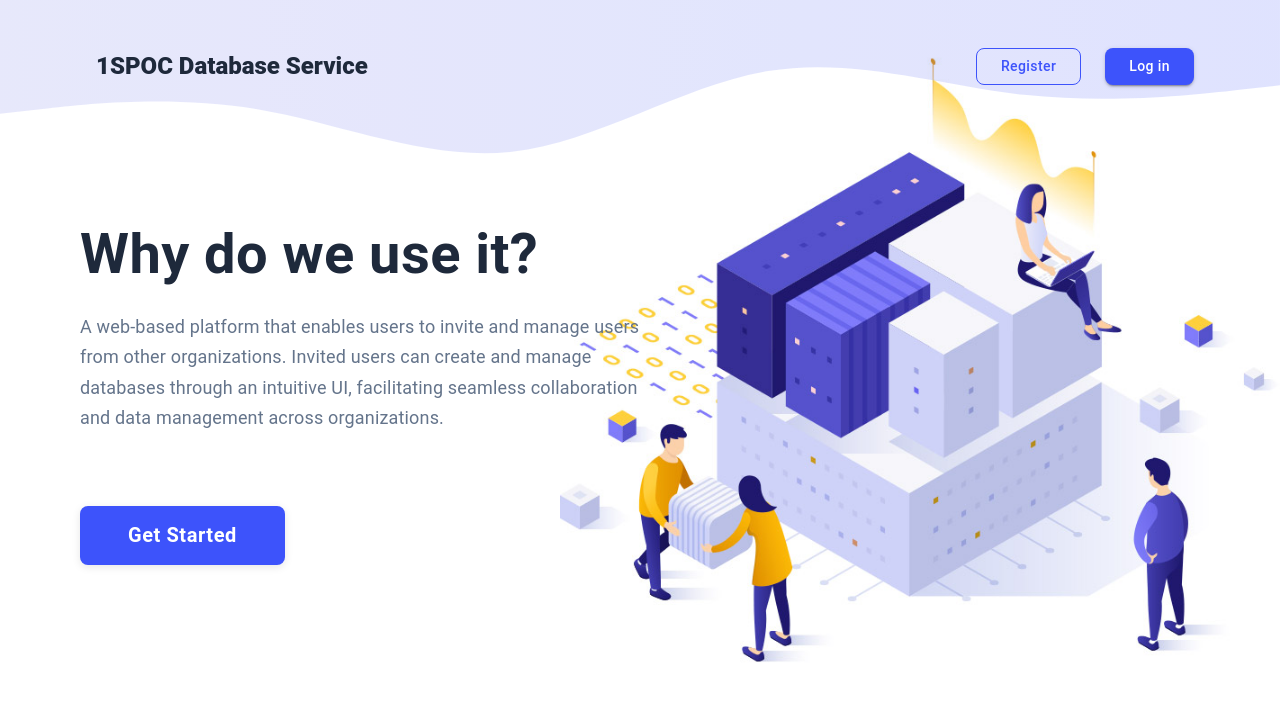
Repository: TanmayVaidya742/DbService
Page: / (app in frontend/)
An editor plug-in stored every save of this project. The page is shown before and after the next save, followed by the edit.
The browser window is 1280 px wide. The pictures show the whole page.
The page's requests for data from a server got no answer. The project was rebuilt for these pictures with package versions that can differ from the ones it lists, and the page was loaded fresh each time. No one was signed in, and anything a server would have sent is missing. Also part of the build but not shown: frontend/src/components/Login.js, frontend/src/components/Register.js, frontend/src/components/Dashboard.js, frontend/src/components/AddDatabaseDialog.js, frontend/src/components/UserDashboard.js, frontend/src/components/Organizations.js, frontend/src/components/EditTableDialog.js, frontend/src/components/CreateTableDialog.js and 3 more.

Above is the page before, as saved 2025-05-07 18:10:41.

### frontend/src/App.js
import React, { useState, useEffect } from 'react';
import { BrowserRouter as Router, Routes, Route, Navigate } from 'react-router-dom';
import { ThemeProvider, createTheme } from '@mui/material';
import Login from './components/Login';
import Register from './components/Register';
import Dashboard from './components/Dashboard';
import LandingPage from './components/LandingPage';
import UserDashboard from './components/UserDashboard';
import Organizations from './components/Organizations';
import axios from 'axios';
import DatabaseDetails from './components/DatabaseDetails';
import './styles/theme.css';
import PricingPlans from './components/PricingPlans';


const theme = createTheme({
  palette: {
    primary: {
      main: '#1976d2',
    },
    secondary: {
      main: '#dc004e',
    },
  },
});

const PrivateRoute = ({ children }) => {
  const token = localStorage.getItem('token');
  return token ? children : <Navigate to="/" />;
};

function App() {
  const [hasUsers, setHasUsers] = useState(null);
  const [loading, setLoading] = useState(true);

  useEffect(() => {
    const checkUsers = async () => {
      try {
        const response = await axios.get('http://localhost:5000/api/auth/check-users');
        setHasUsers(response.data.hasUsers);
      } catch (error) {
        console.error('Error checking users:', error);
        setHasUsers(false);
      } finally {
        setLoading(false);
      }
    };

    checkUsers();
  }, []);

  if (loading) {
    return <div>Loading...</div>;
  }

  return (
    <ThemeProvider theme={theme}>
      <Router>
        <Routes>
          <Route path="/" element={<LandingPage />} />
          <Route
            path="/login"
            element={<Login />}
          />
          <Route
            path="/register"
            element={<Register />}
          />
          <Route
            path="/superadmin-dashboard"
            element={
              <PrivateRoute>
                <Dashboard />
              </PrivateRoute>
            }
          />
          <Route path="/databases" element={<UserDashboard />} />
          <Route path="/organizations" element={<Organizations />} />
          <Route path="/database/:dbName" element={<DatabaseDetails />} />
          <Route path="/pricing" element={<PricingPlans />} />


        </Routes>
      </Router>
    </ThemeProvider>
  );
}

export default App;

### frontend/src/styles/theme.css
:root {
  /* Color Palette - Blue Theme */
  --primary-color: #3d53fb; /* Tailwind's blue-500 */
  --primary-hover: #6b9efc; /* Tailwind's blue-600 */
  --primary-light: rgba(59, 130, 246, 0.08);
  --primary-light-hover: rgba(59, 130, 246, 0.12);
  --primary-text: white;

  --secondary-color: #6e74eb; /* Tailwind's blue-400 */
  --error-color: #515ff9;     /* Tailwind's red-500 */
  --success-color: #10b981;   /* Tailwind's emerald-500 */
  --warning-color: #f59e0b;   /* Tailwind's amber-500 */
  --info-color: #0ea5e9;      /* Tailwind's sky-500 */

  /* Background Colors */
  --bg-primary: #ffffff;
  --bg-secondary: #ffffff;    /* Tailwind's slate-50 */
  --bg-paper: #ffffff;

  /* Text Colors */
  --text-primary: #1e293b;    /* Tailwind's slate-800 */
  --text-secondary: #64748b;  /* Tailwind's slate-600 */
  --text-disabled: #94a3b8;   /* Tailwind's slate-400 */

  /* Borders */
  --border-color: rgba(0, 0, 0, 0.12);
  --border-radius: 8px;
  --border-radius-sm: 4px;

  /* Typography */
  --font-family: 'Roboto', 'Helvetica', 'Arial', sans-serif;
  --font-size-base: 1rem;
  --font-size-small: 0.875rem;
  --font-size-large: 1.25rem;

  /* Shadows */
  --shadow-sm: 0 1px 3px rgba(0,0,0,0.12);
  --shadow-md: 0 4px 6px rgba(0,0,0,0.1);
  --shadow-lg: 0 6px 20px rgba(0,0,0,0.1);

  /* Spacing */
  --spacing-unit: 8px;
}

/* Typography classes */
body {
  font-family: var(--font-family);
  color: var(--text-primary);
  background-color: var(--bg-secondary);
}

h1, h2, h3, h4, h5, h6 {
  color: var(--text-primary);
  font-weight: 600;
}

### frontend/src/components/LandingPage.js
import React from 'react';
import { useNavigate } from 'react-router-dom';
import { Button, Container, Typography, Grid } from '@mui/material';
import { styled } from '@mui/material/styles';

const MainSection = styled('section')({
  minHeight: '100vh',
  position: 'relative',
  overflow: 'hidden',
  overflowY: 'hidden',
  backgroundColor: 'rgba(250, 247, 247, 0.1)',
  backgroundImage: 'url(/assets/images/database.jpg)',
  backgroundPosition: 'center right',
  backgroundRepeat: 'no-repeat',
  backgroundSize: 'contain',
  display: 'flex',
  flexDirection: 'column',
  justifyContent: 'center', // Center content vertically
});

const WaveBackground = styled('div')({
  position: 'absolute',
  top: 0,
  left: 0,
  right: 0,
  zIndex: 0,
  opacity: 0.8, // Slightly reduce opacity for better blending
});

const Navbar = styled('nav')({
  position: 'relative',
  zIndex: 2,
  padding: '1.5rem 0', // Increased padding for better spacing
});

const NavContent = styled('div')({
  display: 'flex',
  justifyContent: 'space-between',
  alignItems: 'center',
  padding: '0 1rem', // Add padding for better alignment
});

const LogoContainer = styled('div')({
  display: 'flex',
  alignItems: 'center',
});

const NavButtons = styled('div')({
  display: 'flex',
  gap: '1.5rem', // Increased gap for better spacing between buttons
  justifyContent: 'flex-end',
});

const MainContent = styled('main')({
  position: 'relative',
  zIndex: 1,
  marginTop: '4rem', // Reduced to bring content closer to navbar
  flexGrow: 1, // Allow content to take remaining space
});

const ButtonGroup = styled('div')({
  display: 'flex',
  gap: '1.5rem', // Increased gap for better spacing
  marginTop: '2.5rem', // Slightly increased for balance
});

const ContentContainer = styled('div')({
  display: 'flex',
  flexDirection: 'column',
  justifyContent: 'center',
  height: '100%',
  padding: '3rem', // Increased padding for better spacing
  borderRadius: 'var(--border-radius)',
  maxWidth: '600px', // Constrain width for better readability
});

const LandingPage = () => {
  const navigate = useNavigate();

  return (
    <MainSection>
      <WaveBackground>
        <svg xmlns="http://www.w3.org/2000/svg" viewBox="0 0 1440 320" style={{ display: 'block' }}>
          <defs>
            <linearGradient id="wave-gradient" x1="0%" y1="0%" x2="100%" y2="0%">
              <stop offset="0%" stopColor="var(--secondary-color)" />
              <stop offset="100%" stopColor="var(--primary-color)" />
            </linearGradient>
          </defs>
          <path
            fill="url(#wave-gradient)"
            fillOpacity="0.2"
            d="M0,128L48,122.7C96,117,192,107,288,122.7C384,139,480,181,576,170.7C672,160,768,96,864,80C960,64,1056,96,1152,106.7C1248,117,1344,107,1392,101.3L1440,96L1440,0L1392,0C1344,0,1248,0,1152,0C1056,0,960,0,864,0C768,0,672,0,576,0C480,0,384,0,288,0C192,0,96,0,48,0L0,0Z"
          />
        </svg>
      </WaveBackground>

      <Navbar>
        <Grid paddingLeft={10} marginTop={3}>
          <NavContent>
            <Typography
              variant="h5"
              sx={{
                color: 'var(--text-primary)',
                fontWeight: 900,

                cursor: 'pointer',
                '&:hover': { color: 'var(--primary-color)' }
              }}
              onClick={() => navigate('/')}
            >
              1SPOC Database Service
            </Typography>
            <NavButtons>
            <Button
                variant="outlined"
                sx={{
                  borderColor: 'var(--primary-color)',
                  color: 'var(--primary-color)',
                  textTransform: 'none',
                  px: 3,
                  borderRadius: 'var(--border-radius)',
                  '&:hover': {
                    borderColor: 'var(--primary-hover)',
                    backgroundColor: 'var(--primary-light)',
                  }
                }}
                onClick={() => navigate('/register')}
              >
                Register
              </Button>
              <Button
                variant="contained"
                sx={{
                  bgcolor: 'var(--primary-color)',
                  color: 'var(--primary-text)',
                  textTransform: 'none',
                  px: 3,
                  borderRadius: 'var(--border-radius)',
                  '&:hover': {
                    bgcolor: 'var(--primary-hover)',
                  },
                  mr: '70px'


                }}
                onClick={() => navigate('/login')}
              >
                Log in
              </Button>
            </NavButtons>
          </NavContent>
        </Grid>
      </Navbar>

      <MainContent>
        <Grid maxWidth="lg">
          <Grid
            container
            spacing={4} // Reduced spacing for a tighter layout
            alignItems="center"
            justifyContent="flex-start"
            sx={{ minHeight: 'calc(100vh - 300px)' }}
          >
            <Grid item xs={12} md={6} sx={{ display: 'flex', flexDirection: 'column' }}>
              <ContentContainer>
                <Typography
                  variant="h4"
                  component="h3"
                  gutterBottom
                  sx={{
                    fontWeight: 700,
                    color: 'var(--text-primary)',
                    mb: 3,

                    ml: 4,
                    fontSize: { xs: '2.5rem', md: '3.5rem' },
                    lineHeight: 1.2,
                  }}
                >
                  Why do we use it?
                </Typography>
                <Typography
                  variant="body1"
                  sx={{
                    color: 'var(--text-secondary)',
                    mb: 4,
                    ml:4,
                    fontSize: '1.125rem',
                    lineHeight: 1.7,
                    overflowWrap: 'break-word',
                    whiteSpace: 'normal',
                  }}
                >
                  A web-based platform that enables users to invite and manage users from other organizations. Invited users can create and manage databases through an intuitive UI, facilitating seamless collaboration and data management across organizations.
                </Typography>
                <ButtonGroup
                sx={{ml: 4}}>
                  <Button
                    variant="contained"
                    sx={{
                      bgcolor: 'var(--primary-color)',
                      color: 'var(--primary-text)',
                      textTransform: 'none',
                      px: 6,
                      py: 1.5,
                      fontSize: '1.25rem', // Increased font size for emphasis
                      fontWeight: 600, // Bold for emphasis
                      borderRadius: 'var(--border-radius)',
                      boxShadow: '0 2px 8px rgba(0, 0, 0, 0.1)', // Add subtle shadow
                      '&:hover': {
                        bgcolor: 'var(--primary-hover)',
                        boxShadow: '0 4px 12px rgba(0, 0, 0, 0.15)', // Enhanced hover effect
                      },
                    }}
                    onClick={() => navigate('/login')}
                  >
                    Get Started
                  </Button>
                </ButtonGroup>
              </ContentContainer>
            </Grid>
          </Grid>
        </Grid>
      </MainContent>
    </MainSection>
  );
};

export default LandingPage;

Loaded but not shown: frontend/public/index.html (common file); frontend/src/index.js (common file); frontend/src/index.css (common file); frontend/src/reportWebVitals.js (common file)

After the next save:
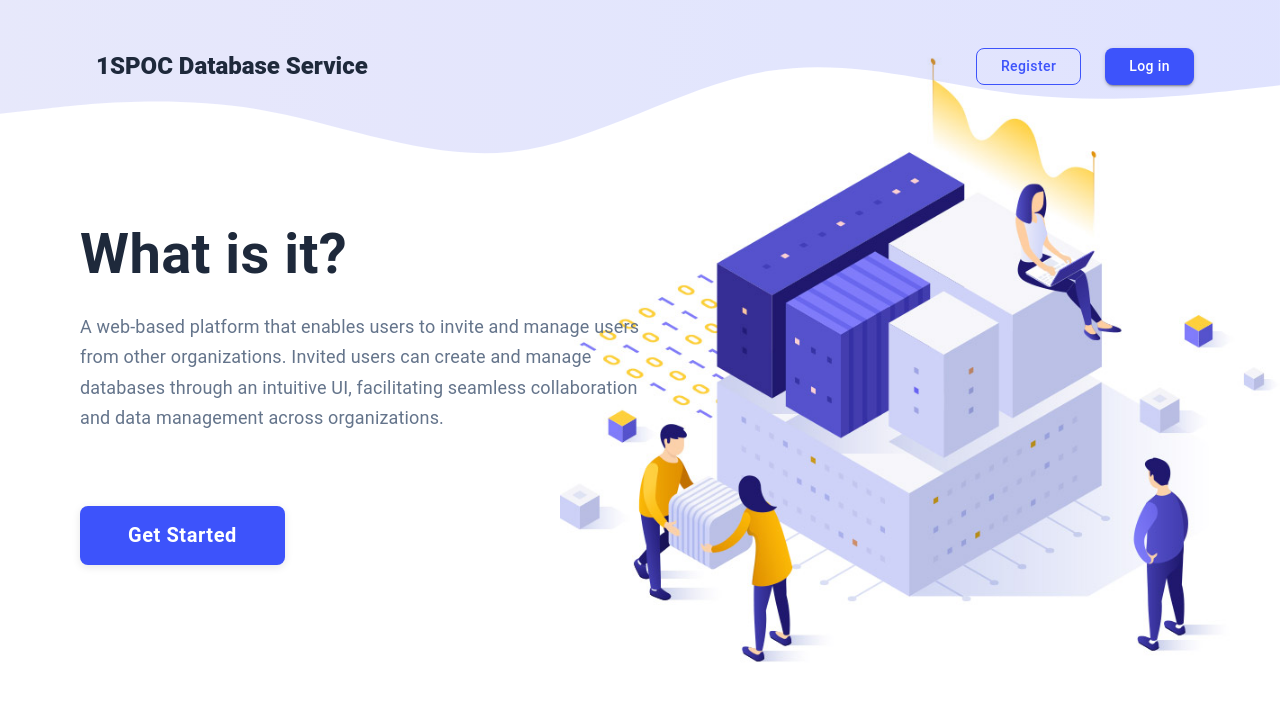
Saved 16 h 42 min later.
--- a/frontend/src/components/LandingPage.js
+++ b/frontend/src/components/LandingPage.js
@@ -178,7 +178,7 @@ const LandingPage = () => {
                     lineHeight: 1.2,
                   }}
                 >
-                  Why do we use it?
+                  What is it?
                 </Typography>
                 <Typography
                   variant="body1"
